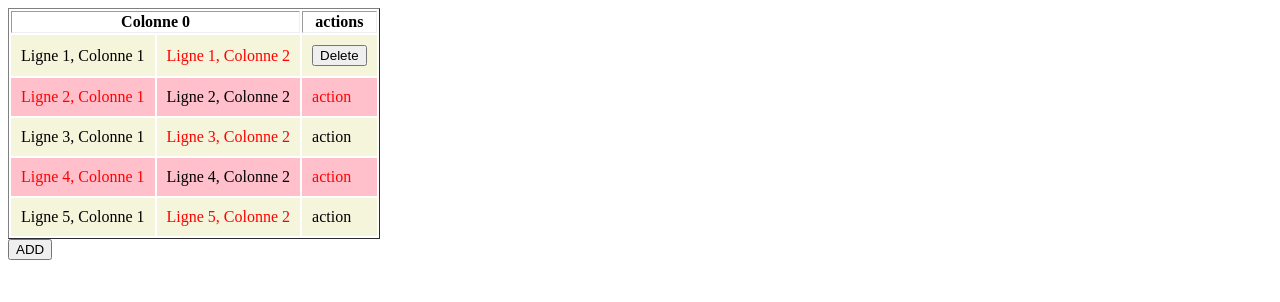
Repository: Chaimaa482/web-tp4
Page: ex1.html
The author's editor kept a copy of each file at every save. The page is drawn from the files as they stood at one save, then again after the next save.
The browser window is 1280 px wide. The pictures show the whole page.

Above is the page before, as saved 2023-10-29 15:07:52.

After the next save:
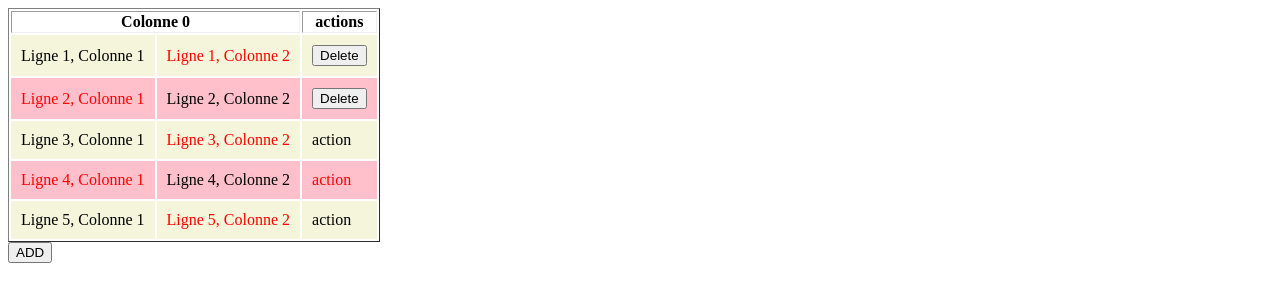
Saved 11 s later.
--- a/ex1.html
+++ b/ex1.html
@@ -17,7 +17,7 @@
         <tr>
             <td>Ligne 2, Colonne 1</td>
             <td>Ligne 2, Colonne 2</td>
-            <td>action</td>
+            <td><button>Delete</button></td>
         </tr>
         <tr>
             <td>Ligne 3, Colonne 1</td>
